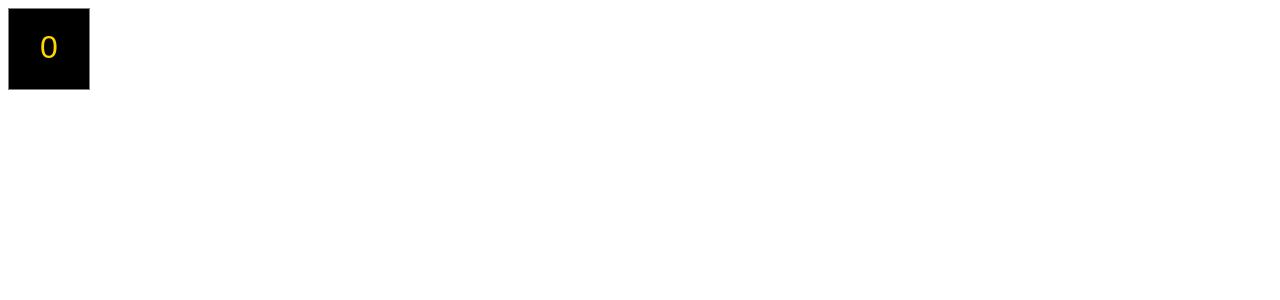
Repository: harveysanders/bouncingbox
Page: index.html
The author's editor kept a record of every edit. The page is drawn from the files as they stood at one moment, then again after the next edit.
The browser window is 1280 px wide. The pictures show the whole page.

Above is the page before.

### index.html
<!DOCTYPE>
<html>
    <head>
        <title>
            Flying Box
        </title>
        <style>
            .box {
                background-color: black;
                border: 1px solid gray;
                display: block;
                width: 80px;
                height: 80px;
                font-size: 200%;
                color: gold;
                text-align: center;
                font-family: century gothic, sans-serif;
                line-height: 2.4;
            }
        </style>
    </head>
    <body>
        <main>
            <div class="box">0</div>
        </main>
    </body>
</html>

After the next edit:
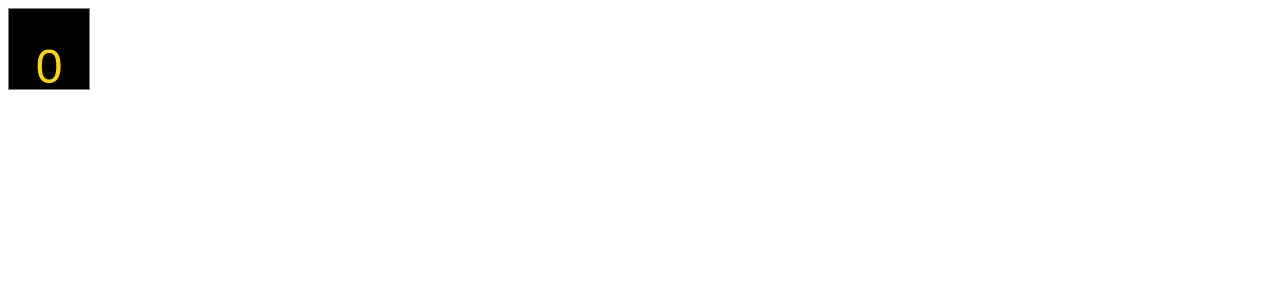
The edit:
--- a/index.html
+++ b/index.html
@@ -11,7 +11,7 @@
                 display: block;
                 width: 80px;
                 height: 80px;
-                font-size: 200%;
+                font-size: 300%;
                 color: gold;
                 text-align: center;
                 font-family: century gothic, sans-serif;
